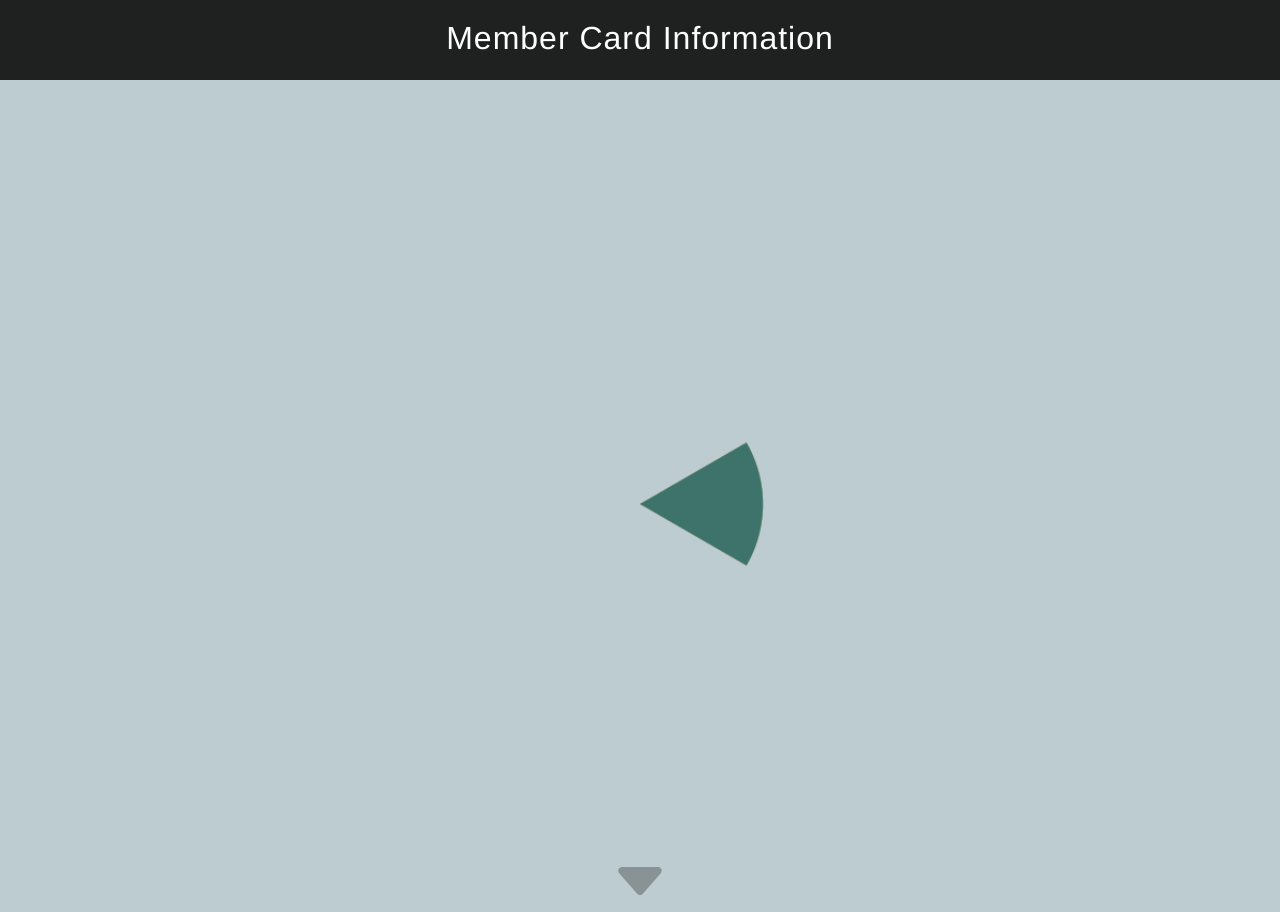
Repository: Leooook/lzhao-fed-test
Page: /
An editor plug-in stored every save of this project. The page is shown before and after the next save, followed by the edit.
The browser window is 1280 px wide. The pictures show the whole page.
The page's requests for data from a server got no answer. The project was rebuilt for these pictures with package versions that can differ from the ones it lists, and the page was loaded fresh each time. No one was signed in, and anything a server would have sent is missing. Also part of the build but not shown: src/components/detail.jsx.

Above is the page before, as saved 2021-03-15 21:30:37.

### src/index.html
<!DOCTYPE html>
<html lang="en">
	<head>
		<meta charset="utf-8" />
		<meta http-equiv="X-UA-Compatible" content="IE=edge,chrome=1" />
		<title>Member Card Info</title>
		<meta name="description" content="" />
		<meta name="viewport" content="width=device-width, initial-scale=1.0, maximum-scale=1.0, user-scalable=no" />
	</head>
	<body>
		<div id="root" class="react-root"></div>
	</body>
</html>

### src/App.js
import React, {useState} from 'react';
import {BsCaretDownFill} from 'react-icons/bs'

import './App.css'
import Header from './components/header.jsx'
import Feature from './components/feature.jsx'

export default function App() {
  const [featureAmount, setFeatureAmount] = useState([1])

  const setFeature = () => {
    setFeatureAmount(featureAmount => {return [...featureAmount, 1]})
  }

	return (
    <div className='app'>
      <Header />
      {
        featureAmount.map((key) => <Feature key = {key}/>)
      }
      <BsCaretDownFill className='add-feature' onClick={() => setFeature()}/>
    </div>
  )
}

### src/App.css
* {
	margin: 0;
	padding: 0;
	box-sizing: border-box;
}
:root {
	--nav-black: rgba(14, 14, 14, 0.897);
	--white: #ffffff;
	--light-blue: rgb(189, 204, 208);
	--grey: rgb(145, 145, 145);
	--light-grey: rgb(209, 209, 209);
}
/* app */
.app {
	max-width: 100vw;
	min-height: 100vh;
	background-color: var(--light-blue);
}
.add-feature {
	color: rgba(65, 65, 65, 0.418);
	width: 60px;
	height: 60px;
	margin: auto;
	display: block;
	cursor: pointer;
	animation: upAndDown 3s ease-in-out infinite;
}
.add-feature:active {
	transform: scale(1.1);
	transition: all 1s ease;
}
@keyframes upAndDown {
	0% {
		bottom: 5vh;
	}
	50% {
		bottom: 4vh;
	}
}
/* end of app */
/* header */
.header {
	background-color: var(--nav-black);
	height: 80px;
	padding: 20px;
	margin-bottom: 80px;
	font-size: 2rem;
	font-family: 'Franklin Gothic Medium', 'Arial Narrow', Arial, sans-serif;
	text-align: center;
	color: var(--white);
	letter-spacing: 1px;
}
@media screen and (max-width: 500px) {
	.header {
		margin-bottom: 30px;
		padding: 30px;
		font-size: 1.4rem;
	}
}
/* end of header */
/* loader */
.load {
	width: 100%;
}
.loadPic {
	width: 20%;
	margin: 30vh 40%;
}
/* end of loader */
/* feature */
.feature {
	margin-top: -65px;
	padding: 60px 8%;
	display: grid;
	grid-template-columns: repeat(auto-fill, minmax(450px, 1fr));
	grid-row-gap: 50px;
	grid-column-gap: 80px;
}
@media screen and (max-width: 500px) {
	.feature {
		padding: 30px 20px;
		display: initial;
	}
}
/* end of feature */
/* detail */
.detail {
	margin: auto;
	padding: 10px 20px;
	width: 450px;
	height: 240px;
	background: hsla(0, 0%, 100%, .3);
	border-radius: 6px;
	box-shadow: 0 6px 20px 6px rgba(0, 0, 0, 0.207);
	display: flex;
	align-items: center;
	cursor: pointer;
	transition: all linear 0.2s;
}
.detail:hover {
	transform: scale(1.05);
	box-shadow: 0 10px 30px 10px rgba(0, 0, 0, 0.207);
}
.left-section {
	width: calc(40% - 20px);
	margin-right: 10%;
}
.right-section {
	width: clac(50% - 20px);
}
.detail-pic {
	margin: 0 auto;
	height: 140px;
	width: 140px;
	border-radius: 50%;
	box-shadow: 0 0 10px 8px var(--light-grey);
}
.detail-info {
	margin-bottom: 10px;
}
.detail-name {
	font-family: 'Playfair Display', serif;
	font-weight: bold;
	font-size: 1.3rem;
}
.detail-name2 {
	font-weight: 100;
	font-size: 0.9rem;
	color: rgb(82, 82, 82);
	font-style: oblique;
}
.detail-sex-date {
	display: flex;
}
.detail-date {
	margin-right: 13px;
}
.detail-font {
	font-family: 'Source Sans Pro', sans-serif;
	font-size: 0.8rem;
}
@media screen and (max-width: 500px) {
	.detail {
		margin-bottom: 30px;
		width: 90vw;
		height: 50vw;
	}
	.detail-pic {
		height: 100px;
		width: 100px;
	}
	.detail-info {
		margin-bottom: 6px;
	}
	.detail-name {
		font-size: 1rem;
	}
	.detail-name2 {
		font-size: 0.8rem;
	}
	.detail-date {
		margin-right: 8px;
	}
	.detail-font {
		font-size: 0.75rem;
	}
}
/* end of detail */

### src/components/header.jsx
import React, { Component } from 'react'

class Header extends Component {
	render() {
		return <section className="header">Member Card Information</section>
	}
}

export default Header

### src/components/feature.jsx
import React, { Component } from 'react'

import Loader from './loader.jsx'
import Detail from './detail.jsx'

class Feature extends Component {
	state = {
		dataSet: [],
		dataAmount: 6
	}

	fetchData = () => {
		fetch('https://randomuser.me/api/', {
			method: 'GET'
		})
			.then((response) => response.json())
			.then((data) => {
				let dataSet = this.state.dataSet
				dataSet.push(data.results[0])
				this.setState({ dataSet })
			})
			.catch((error) => {
				console.error('Error:', error)
			})
	}

	componentDidMount() {
		for (let i = 0; i < this.state.dataAmount; i++) {
			this.fetchData()
		}
	}

	render() {
		if (this.state.dataSet.length === 0 || this.state.dataSet.length % 6 !== 0) {
			return <Loader />
		} else {
			return (
				<section className="feature">
					{this.state.dataSet.map((each, key) => <Detail key={key} data={each} />)}
				</section>
			)
		}
	}
}

export default Feature

### src/components/loader.jsx
import React from 'react'

import loadPic from '../images/load.gif'

function Loader() {
	return (
		<section className="load">
			<img src={loadPic} className="loadPic" alt="load" />
		</section>
	)
}

export default Loader

Loaded but not shown: src/index.js (common file)

After the next save:
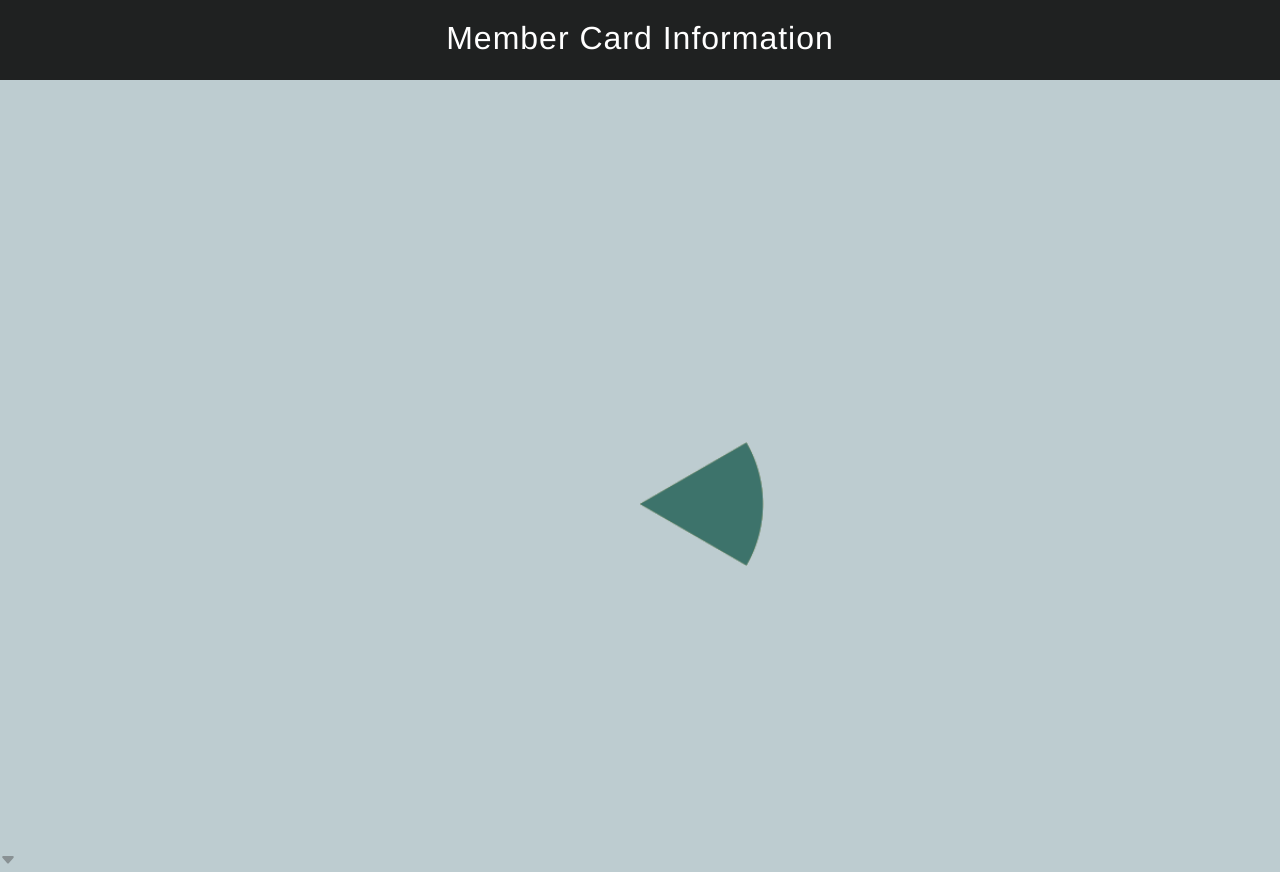
Saved 21 s later.
--- a/src/App.css
+++ b/src/App.css
@@ -18,11 +18,7 @@
 }
 .add-feature {
 	color: rgba(65, 65, 65, 0.418);
-	width: 60px;
-	height: 60px;
-	margin: auto;
-	display: block;
-	cursor: pointer;
+
 	animation: upAndDown 3s ease-in-out infinite;
 }
 .add-feature:active {

After the save that followed:
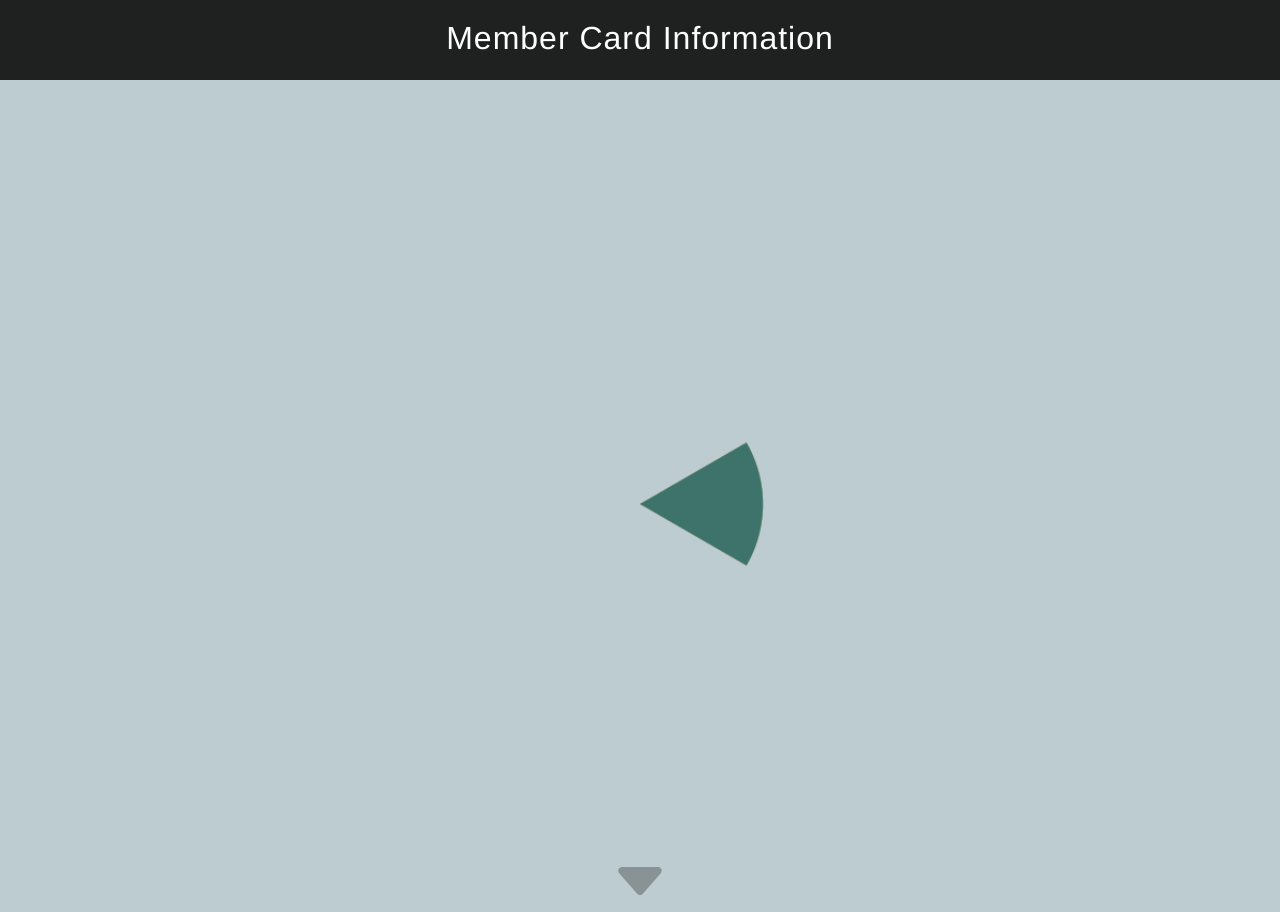
Saved 8 s later.
--- a/src/App.css
+++ b/src/App.css
@@ -18,7 +18,11 @@
 }
 .add-feature {
 	color: rgba(65, 65, 65, 0.418);
-
+	width: 60px;
+	height: 60px;
+	margin: auto;
+	display: block;
+	cursor: pointer;
 	animation: upAndDown 3s ease-in-out infinite;
 }
 .add-feature:active {
